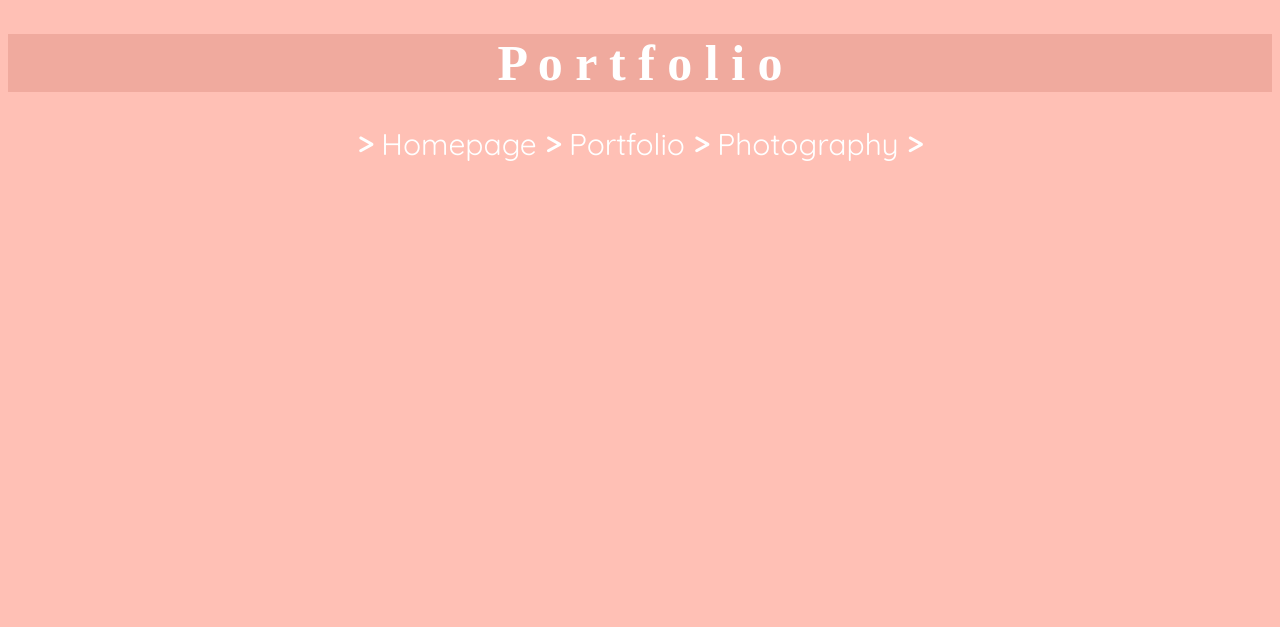
Repository: VivianVDinh/VivianVDinh.github.io
Page: projects.html
The author's editor kept a record of every edit. The page is drawn from the files as they stood at one moment, then again after the next edit.
The browser window is 1280 px wide. The pictures show the whole page.
Some web fonts or font styles are not loaded; a fallback is used.

Above is the page before.

After the next edit:
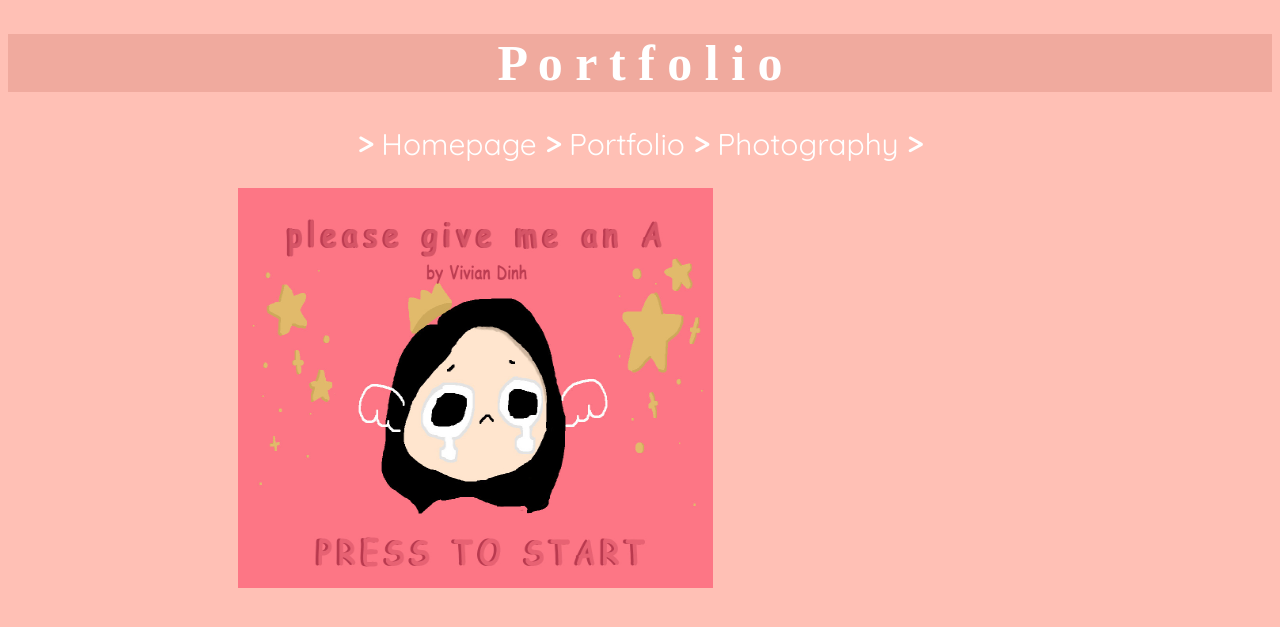
The edit:
--- a/projects.html
+++ b/projects.html
@@ -34,4 +34,13 @@
         >
         </h2>
     </p>
+    <p style = "margin-left:230px;">
+        <img src = "/img/poopNachos.jpg">
+    </p>
+    <style>
+        img{
+            height:400px;
+            width:475px;
+        }
+    </style>
 </body>
